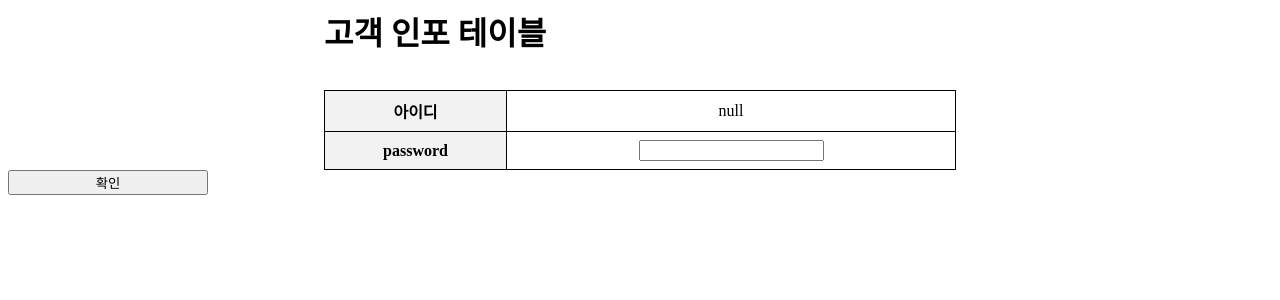
Repository: 2JISUN/hta-lecture-basic
Page: http://localhost/jsp03/info.jsp
These files come from the project's save history. The page is drawn as it stood at one moment and after the next save; the edit follows.
The browser window is 1280 px wide. The pictures show the whole page.
The page is served by Tomcat 10. Other server files are loaded and not shown. Queries for data that is not in the repository find no rows.

Above is the page before, as saved 2023-09-15 06:39:27.

### jsp-lecture/jsp03/src/main/webapp/info.jsp
<%@page import="java.sql.ResultSet"%>
<%@page import="java.sql.PreparedStatement"%>
<%@page import="java.sql.Connection"%>
<%@page import="java.sql.DriverManager"%>
<%@ page language="java" contentType="text/html; charset=UTF-8"
    pageEncoding="UTF-8"%>
<!DOCTYPE html>
<html>
<head>
    <meta charset="UTF-8">
    <title>고객 인포 테이블</title>
    <style>
        h1 {
            width: 50%;
            margin: auto;
        }
        table {
            border-collapse: collapse;
            width: 50%;
            margin: auto;
        }
        th, td {
            border: 1px solid black;
            padding: 8px;
            text-align: center;
        }
        th {
            background-color: #f2f2f2;
        }
        button {
            width:200px;
            margin: 0 auto;
        }
    </style>
</head>
<body>
<%
    String userID = request.getParameter("id");

    //1. driver 찾기
    String driver = "oracle.jdbc.OracleDriver";
    Class.forName(driver);

    //2. url
    // 자바17 = 오라클11
    String url = "jdbc:oracle:thin:@localhost:1521:xe";
    String id = "jisun";
    String pw = "1234";

    Connection conn = DriverManager.getConnection(url, id, pw);
    System.out.println("db연결 성공");

    //3. 조회 : 쿼리 작성 + 결과값 받아오기
    //3-1. 쿼리문 처리 메서드
    //3-2. 결과값 받아오기 select 를 제외하고 나머지는 정수 0
    PreparedStatement pstmt = null;
    ResultSet rs = null;
    String sql = "select * from test where id = ?";
    pstmt = conn.prepareStatement(sql);
    pstmt.setString(1, userID);
    rs = pstmt.executeQuery();
%>

	<h1>고객 인포 테이블</h1>
	<br>
	<br>
	<table>
	    <tbody>
	        <tr>
	            <th>아이디</th>
	            <td><%= userID %></td>
	        </tr>
	        <tr>
	            <th>password</th>
	            <td><input type="password" name="userPW"></td>
	        </tr>
	    </tbody>
	</table>
	<input type="hidden" name="userID" value="<%= userID %>" readonly>
	<button>확인</button>
	</body>
</html>

After the next save:
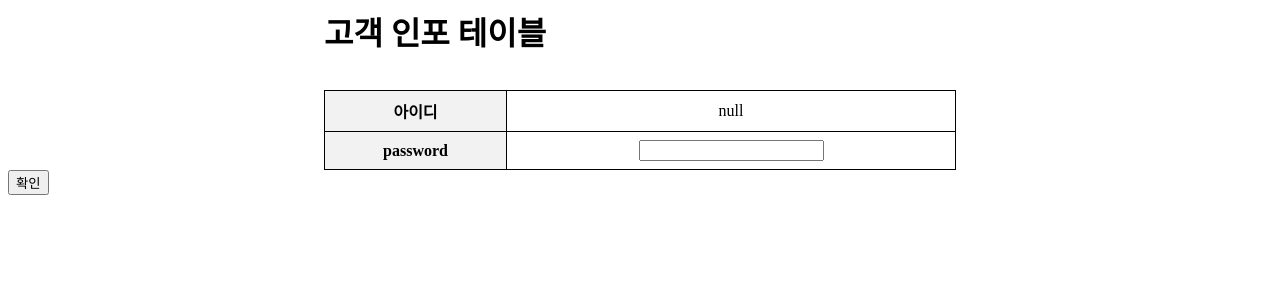
Saved 16 s later.
--- a/jsp-lecture/jsp03/src/main/webapp/info.jsp
+++ b/jsp-lecture/jsp03/src/main/webapp/info.jsp
@@ -27,8 +27,7 @@
         th {
             background-color: #f2f2f2;
         }
-        button {
-            width:200px;
+
             margin: 0 auto;
         }
     </style>
